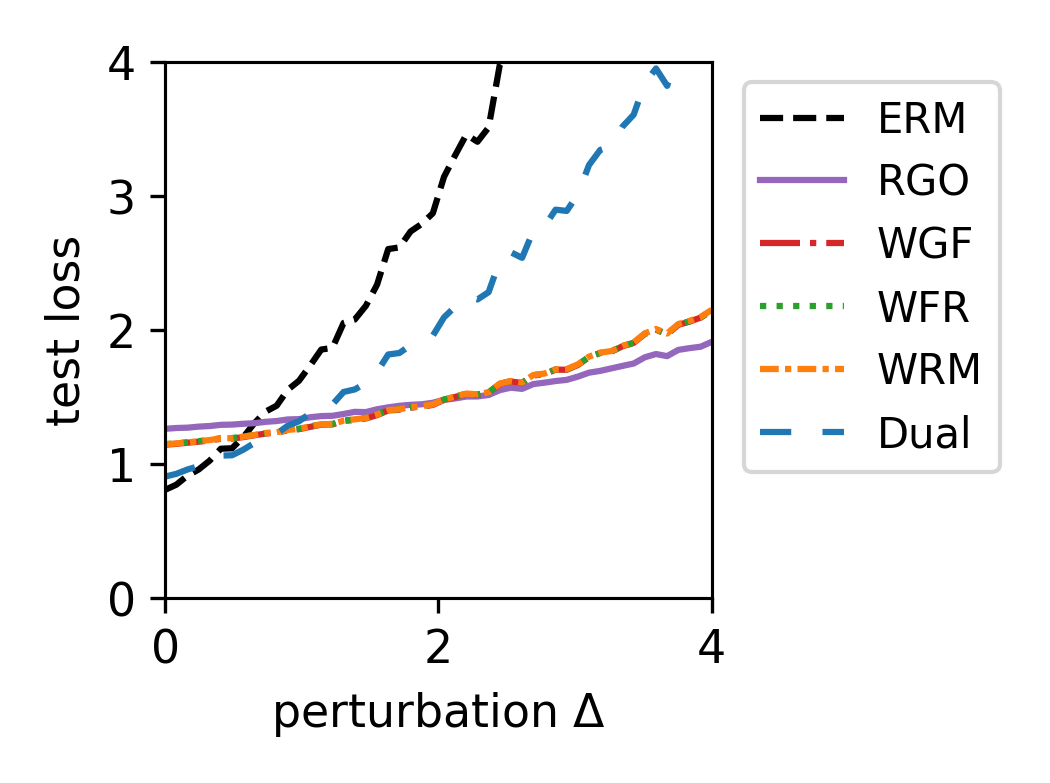
Repository: ZusenXu/GFS-DRO
Script's output: python uncertain_least_squares/uncertain_least_squares.py
An editor plug-in stored every save of this project. The script's output is shown before and after the next save, followed by the edit.
Random numbers start from a fixed seed.

Above is the script's output before, as saved 2025-09-13 21:02:07.

### uncertain_least_squares/uncertain_least_squares.py
import numpy as np
import matplotlib.pyplot as plt
from scipy.optimize import minimize
from scipy.special import logsumexp

# --- 1. 实验设置与参数定义 ---
# 定义问题的维度
DIM_M = 10  # 矩阵 A 的行数
DIM_N = 10  # 矩阵 A 的列数 (theta 的维度)

# 定义训练/测试样本数量
N_TRAIN_SAMPLES = 10
N_TEST_SAMPLES = 1000

# 定义分布偏移的扰动范围
DELTA_MIN = 0.0
DELTA_MAX = 4.0
DELTA_STEPS = 50

# --- DRO 算法超参数 ---
N_EPOCHS = 50 # 外部优化的迭代轮数
LEARNING_RATE = 0.01 # 外部优化 theta 的学习率
LAMBDA_VAL = 0.5 # 正则化参数 lambda
EPSILON = 0.01 # 熵正则化参数 epsilon
GRAD_CLIP_THRESHOLD = 10.0 # 梯度裁剪阈值，防止梯度爆炸

# RGO (算法2) 特定参数
RGO_SMOOTHNESS_L = 0.5 # 假设的损失函数平滑度 L (需满足 LAMBDA_VAL > L/2)

# WGF (算法3), WFR (算法4), WRM 特定参数
K_INNER_STEPS = 10  # 内部循环迭代次数 K
INNER_STEP_SIZE = 0.01 # 内部循环步长 eta

# WFR (算法4) 特定参数
M_PARTICLES = 5 # WFR 使用的粒子(样本)数量
WFR_WEIGHT_STEP_SIZE = 0.08 # WFR 权重更新步长 tau

# Dual 方法特定参数
SINKHORN_SAMPLE_LEVEL = 4 # Dual 方法的蒙特卡洛采样级别

# --- 2. 生成固定的问题实例 ---
np.random.seed(42)
A0 = np.random.randn(DIM_M, DIM_N)
A1 = np.random.randn(DIM_M, DIM_N)
b = np.random.randn(DIM_M)

# --- 3. 数据生成函数 ---
def generate_training_data(n_samples):
    return np.random.uniform(-0.5, 0.5, n_samples)

def generate_test_data(n_samples, delta):
    lower_bound = -0.5 * (1 + delta)
    upper_bound = 0.5 * (1 + delta)
    return np.random.uniform(lower_bound, upper_bound, n_samples)

# --- 4. 核心函数定义 ---
def loss_function(theta, z):
    """ 计算单个样本 z 的损失 f_theta(z) """
    A_z = A0 + z * A1
    residual = A_z @ theta - b
    return np.sum(residual**2)/DIM_M

def loss_grad_theta(theta, z):
    """ 计算损失函数关于 theta 的梯度 nabla_theta f_theta(z) """
    A_z = A0 + z * A1
    residual = A_z @ theta - b
    return 2 * A_z.T @ residual

# --- 5. ERM (经验风险最小化) 实现 ---
def erm_objective_function(theta, xi_samples):
    """ 计算 ERM 的目标函数值（平均损失）"""
    total_loss = np.mean([loss_function(theta, xi) for xi in xi_samples])
    return total_loss

def solve_erm(xi_train_samples):
    """ 使用优化器求解 ERM 问题 """
    initial_theta = np.zeros(DIM_N)
    result = minimize(
        erm_objective_function, initial_theta, args=(xi_train_samples,), method='BFGS')
    if not result.success:
        print("警告: ERM 优化过程可能未收敛。")
    return result.x

# --- 6. RGO (算法2) 实现 ---
def solve_rgo(xi_train_samples):
    """ 使用 RGO 算法求解 Sinkhorn DRO """
    theta = np.zeros(DIM_N)

    def rgo_inner_objective(z, xi, current_theta):
        l = loss_function(current_theta, z)
        penalty = np.sum((z - xi)**2)
        return -l / (LAMBDA_VAL * EPSILON) + penalty / EPSILON

    for _ in range(N_EPOCHS):
        grad_accumulator = np.zeros_like(theta)
        for xi in xi_train_samples:
            res = minimize(rgo_inner_objective, xi, args=(xi, theta), method='BFGS')
            z_star = res.x
            accepted = False
            while not accepted:
                variance = (LAMBDA_VAL * EPSILON) / (2 * LAMBDA_VAL - RGO_SMOOTHNESS_L)
                if variance <= 0: variance = 1e-6
                z_candidate = np.random.normal(z_star, np.sqrt(variance))
                f_val_candidate = rgo_inner_objective(z_candidate, xi, theta)
                f_val_star = rgo_inner_objective(z_star, xi, theta)
                log_accept_prob = -f_val_candidate + f_val_star - ((np.sum((z_candidate - z_star)**2)) / (2*variance))
                if np.log(np.random.rand()) < log_accept_prob:
                    accepted_sample = z_candidate
                    accepted = True
            grad_accumulator += loss_grad_theta(theta, accepted_sample)

        avg_grad = grad_accumulator / len(xi_train_samples)
        grad_norm = np.linalg.norm(avg_grad)
        if grad_norm > GRAD_CLIP_THRESHOLD:
            avg_grad = avg_grad * GRAD_CLIP_THRESHOLD / grad_norm
        theta -= LEARNING_RATE * avg_grad

    return theta

# --- 7. Wasserstein Gradient Flow (WGF) 实现 (基于算法3) ---
def solve_wgf(xi_train_samples):
    """ 使用 Wasserstein Gradient Flow (WGF) 求解 Sinkhorn DRO """
    theta = np.zeros(DIM_N)

    def f_bar_grad_z(z, xi, current_theta):
        A1_theta = A1 @ current_theta
        A_z_theta = (A0 + z * A1) @ current_theta
        grad_f = 2 * A1_theta.T @ (A_z_theta - b)
        return grad_f - 2 * LAMBDA_VAL * (z - xi)

    for _ in range(N_EPOCHS):
        grad_accumulator = np.zeros_like(theta)
        for xi in xi_train_samples:
            z_k = xi
            for _ in range(K_INNER_STEPS):
                noise = np.random.normal(0, 1)
                grad = f_bar_grad_z(z_k, xi, theta)
                z_k += INNER_STEP_SIZE * grad + np.sqrt(2 * INNER_STEP_SIZE * LAMBDA_VAL * EPSILON) * noise
            grad_accumulator += loss_grad_theta(theta, z_k)

        avg_grad = grad_accumulator / len(xi_train_samples)
        grad_norm = np.linalg.norm(avg_grad)
        if grad_norm > GRAD_CLIP_THRESHOLD:
            avg_grad = avg_grad * GRAD_CLIP_THRESHOLD / grad_norm
        theta -= LEARNING_RATE * avg_grad

    return theta

# --- 8. WFR Flow (算法4) 实现 ---
def solve_wfr(xi_train_samples):
    """ 使用 WFR Flow 求解 Sinkhorn DRO """
    theta = np.zeros(DIM_N)

    def f_bar(z, xi, current_theta):
         return loss_function(current_theta, z) - LAMBDA_VAL * np.sum((z-xi)**2)

    def f_bar_grad_z(z, xi, current_theta):
        A1_theta = A1 @ current_theta
        A_z_theta = (A0 + z * A1) @ current_theta
        grad_f = 2 * A1_theta.T @ (A_z_theta - b)
        return grad_f - 2 * LAMBDA_VAL * (z - xi)

    for _ in range(N_EPOCHS):
        grad_accumulator = np.zeros_like(theta)
        for xi in xi_train_samples:
            particles = np.full(M_PARTICLES, xi)
            weights = np.full(M_PARTICLES, 1.0 / M_PARTICLES)

            for _ in range(K_INNER_STEPS):
                for i in range(M_PARTICLES):
                    noise = np.random.normal(0, 1)
                    grad = f_bar_grad_z(particles[i], xi, theta)
                    particles[i] += INNER_STEP_SIZE * grad + np.sqrt(2 * INNER_STEP_SIZE * LAMBDA_VAL * EPSILON) * noise
                    f_bar_val = f_bar(particles[i], xi, theta)
                    weights[i] = (weights[i]**(1 - LAMBDA_VAL * EPSILON * WFR_WEIGHT_STEP_SIZE)) * np.exp(WFR_WEIGHT_STEP_SIZE * f_bar_val)

                sum_weights = np.sum(weights)
                if sum_weights > 1e-8: weights /= sum_weights
                else: weights = np.full(M_PARTICLES, 1.0 / M_PARTICLES)

            weighted_grad = np.sum([w * loss_grad_theta(theta, z) for w, z in zip(weights, particles)], axis=0)
            grad_accumulator += weighted_grad

        avg_grad = grad_accumulator / len(xi_train_samples)
        grad_norm = np.linalg.norm(avg_grad)
        if grad_norm > GRAD_CLIP_THRESHOLD:
            avg_grad = avg_grad * GRAD_CLIP_THRESHOLD / grad_norm
        theta -= LEARNING_RATE * avg_grad

    return theta

# --- 9. WRM (Wasserstein Robust Method) 实现 ---
def solve_wrm(xi_train_samples):
    """ 使用 WRM (确定性内部优化) 求解 """
    theta = np.zeros(DIM_N)

    def f_bar_grad_z(z, xi, current_theta):
        A1_theta = A1 @ current_theta
        A_z_theta = (A0 + z * A1) @ current_theta
        grad_f = 2 * A1_theta.T @ (A_z_theta - b)
        return grad_f - 2 * LAMBDA_VAL * (z - xi)

    for _ in range(N_EPOCHS):
        grad_accumulator = np.zeros_like(theta)
        for xi in xi_train_samples:
            z_k = xi
            # 内部 K 步梯度上升 (无噪声)
            for _ in range(K_INNER_STEPS):
                grad = f_bar_grad_z(z_k, xi, theta)
                z_k += INNER_STEP_SIZE * grad

            grad_accumulator += loss_grad_theta(theta, z_k)

        avg_grad = grad_accumulator / len(xi_train_samples)
        grad_norm = np.linalg.norm(avg_grad)
        if grad_norm > GRAD_CLIP_THRESHOLD:
            avg_grad = avg_grad * GRAD_CLIP_THRESHOLD / grad_norm
        theta -= LEARNING_RATE * avg_grad

    return theta

# --- 10. Dual Method (对偶方法) 实现 ---
def solve_dual(xi_train_samples):
    """ 使用对偶方法求解 Sinkhorn DRO """
    theta = np.zeros(DIM_N)

    levels = np.arange(SINKHORN_SAMPLE_LEVEL + 1)
    numerators = 2.0**(-levels)
    denominator = 2.0 - 2.0**(-SINKHORN_SAMPLE_LEVEL)
    probabilities = numerators / denominator

    for _ in range(N_EPOCHS):
        grad_accumulator = np.zeros_like(theta)
        for xi in xi_train_samples:
            # 1. 多层蒙特卡洛采样
            sampled_level = np.random.choice(levels, p=probabilities)
            m = 2**sampled_level

            # 2. 从基础分布采样
            noise = np.random.randn(m) * np.sqrt(EPSILON)
            z_samples = xi + noise

            # 3. 计算梯度
            # v_j = f_theta(z_j) / (lambda*epsilon)
            v = np.array([loss_function(theta, z) for z in z_samples]) / (LAMBDA_VAL * EPSILON)

            # weights = softmax(v)
            weights = np.exp(v - np.max(v)) # 减去max增强稳定性
            weights /= np.sum(weights)

            # grad = sum(w_j * grad_theta f(z_j))
            grads_per_sample = np.array([loss_grad_theta(theta, z) for z in z_samples])
            weighted_grad = np.sum(weights[:, np.newaxis] * grads_per_sample, axis=0)
            grad_accumulator += weighted_grad

        avg_grad = grad_accumulator / len(xi_train_samples)
        grad_norm = np.linalg.norm(avg_grad)
        if grad_norm > GRAD_CLIP_THRESHOLD:
            avg_grad = avg_grad * GRAD_CLIP_THRESHOLD / grad_norm
        theta -= LEARNING_RATE * avg_grad

    return theta

# --- 11. 实验执行与评估 ---
def run_experiment():
    """ 执行完整的实验流程 """
    xi_train = generate_training_data(N_TRAIN_SAMPLES)

    print("正在求解 ERM 模型...")
    theta_erm = solve_erm(xi_train)
    print("正在求解 RGO 模型...")
    theta_rgo = solve_rgo(xi_train)
    print("正在求解 WGF 模型...")
    theta_wgf = solve_wgf(xi_train)
    print("正在求解 WFR 模型...")
    theta_wfr = solve_wfr(xi_train)
    print("正在求解 WRM 模型...")
    theta_wrm = solve_wrm(xi_train)
    print("正在求解 Dual 模型...")
    theta_dual = solve_dual(xi_train)
    print("所有模型求解完成。")

    delta_values = np.linspace(DELTA_MIN, DELTA_MAX, DELTA_STEPS)
    results = {'ERM': [], 'RGO': [], 'WGF': [], 'WFR': [], 'WRM': [], 'Dual': []}
    models = {
        'ERM': theta_erm, 'RGO': theta_rgo, 'WGF': theta_wgf,
        'WFR': theta_wfr, 'WRM': theta_wrm, 'Dual': theta_dual
    }

    print("正在评估所有模型...")
    for delta in delta_values:
        xi_test = generate_test_data(N_TEST_SAMPLES, delta)
        for name, theta in models.items():
            test_loss = erm_objective_function(theta, xi_test)
            results[name].append(test_loss)

    print("评估完成。")
    return delta_values, results

# --- 12. 结果可视化 ---
def plot_results(delta_values, results):
    """ 绘制所有模型损失随扰动 delta 变化的曲线 """
    fig, ax = plt.subplots(figsize=(3.5, 2.613), dpi=300)

    styles = {
        'ERM': {'color': 'k', 'linestyle': '--'},
        'RGO': {'color': '#9467bd', 'linestyle': '-'},
        'WGF': {'color': '#d62728', 'linestyle': '-.'},
        'WFR': {'color': '#2ca02c', 'linestyle': ':'},
        'WRM': {'color': '#ff7f0e', 'linestyle': (0, (3, 1, 1, 1))}, # orange, dashdotdot
        'Dual': {'color': '#1f77b4', 'linestyle': (0, (5, 5))} # blue, dashed
    }

    for name, losses in results.items():
        ax.plot(delta_values, losses, linewidth=1.5, label=name, **styles[name])

    #ax.set_title('(a) Uncertain least squares loss', fontsize=11)
    ax.set_xlabel('perturbation $\Delta$', fontsize=11)
    ax.set_ylabel('test loss', fontsize=11)
    ax.tick_params(axis='both', which='major', labelsize=11)
    for spine in ax.spines.values():
        spine.set_linewidth(0.75)
    ax.set_xlim(0, 4)
    ax.set_ylim(0, 4)
    ax.grid(False)
    ax.legend(fontsize=10)
    ax.legend(loc='upper left', bbox_to_anchor=(1.02, 1))
    plt.tight_layout()
    plt.savefig('uncertain_least_squares_results.png', dpi=300)
    plt.show()

# --- 主程序入口 ---
if __name__ == '__main__':
    with np.errstate(all='ignore'):
        delta_vals, all_results = run_experiment()
        plot_results(delta_vals, all_results)

After the next save:
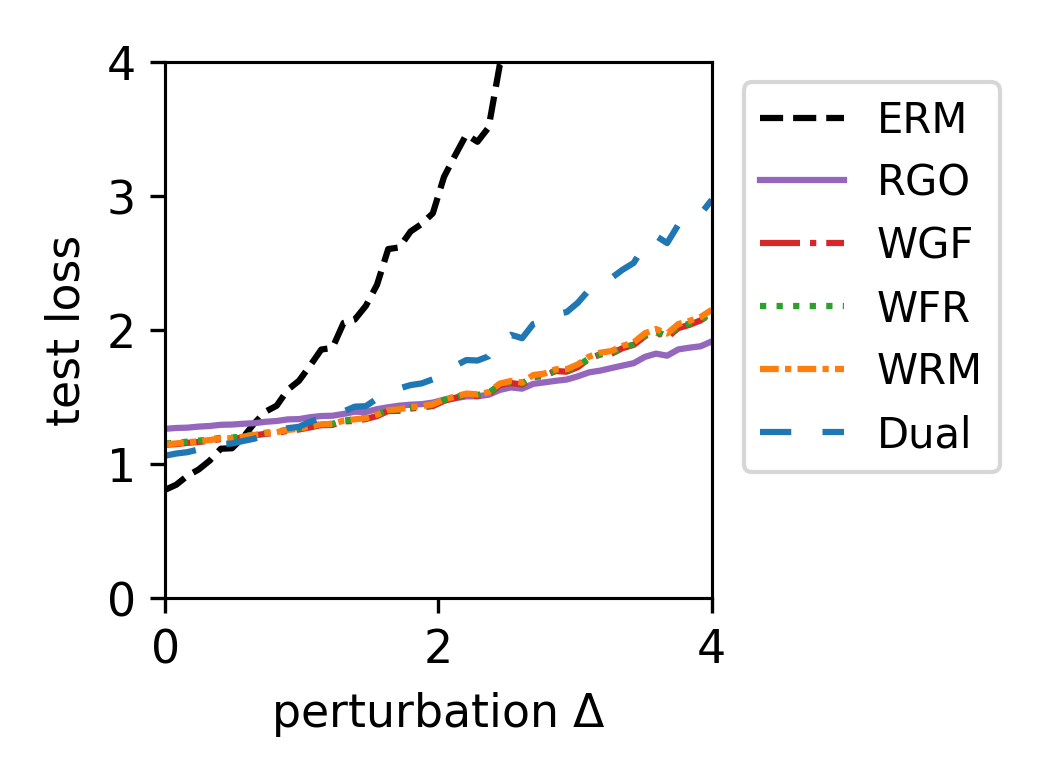
Saved 13 s later.
--- a/uncertain_least_squares/uncertain_least_squares.py
+++ b/uncertain_least_squares/uncertain_least_squares.py
@@ -21,7 +21,7 @@ DELTA_STEPS = 50
 N_EPOCHS = 50 # 外部优化的迭代轮数
 LEARNING_RATE = 0.01 # 外部优化 theta 的学习率
 LAMBDA_VAL = 0.5 # 正则化参数 lambda
-EPSILON = 0.01 # 熵正则化参数 epsilon
+EPSILON = 0.1 # 熵正则化参数 epsilon
 GRAD_CLIP_THRESHOLD = 10.0 # 梯度裁剪阈值，防止梯度爆炸
 
 # RGO (算法2) 特定参数
